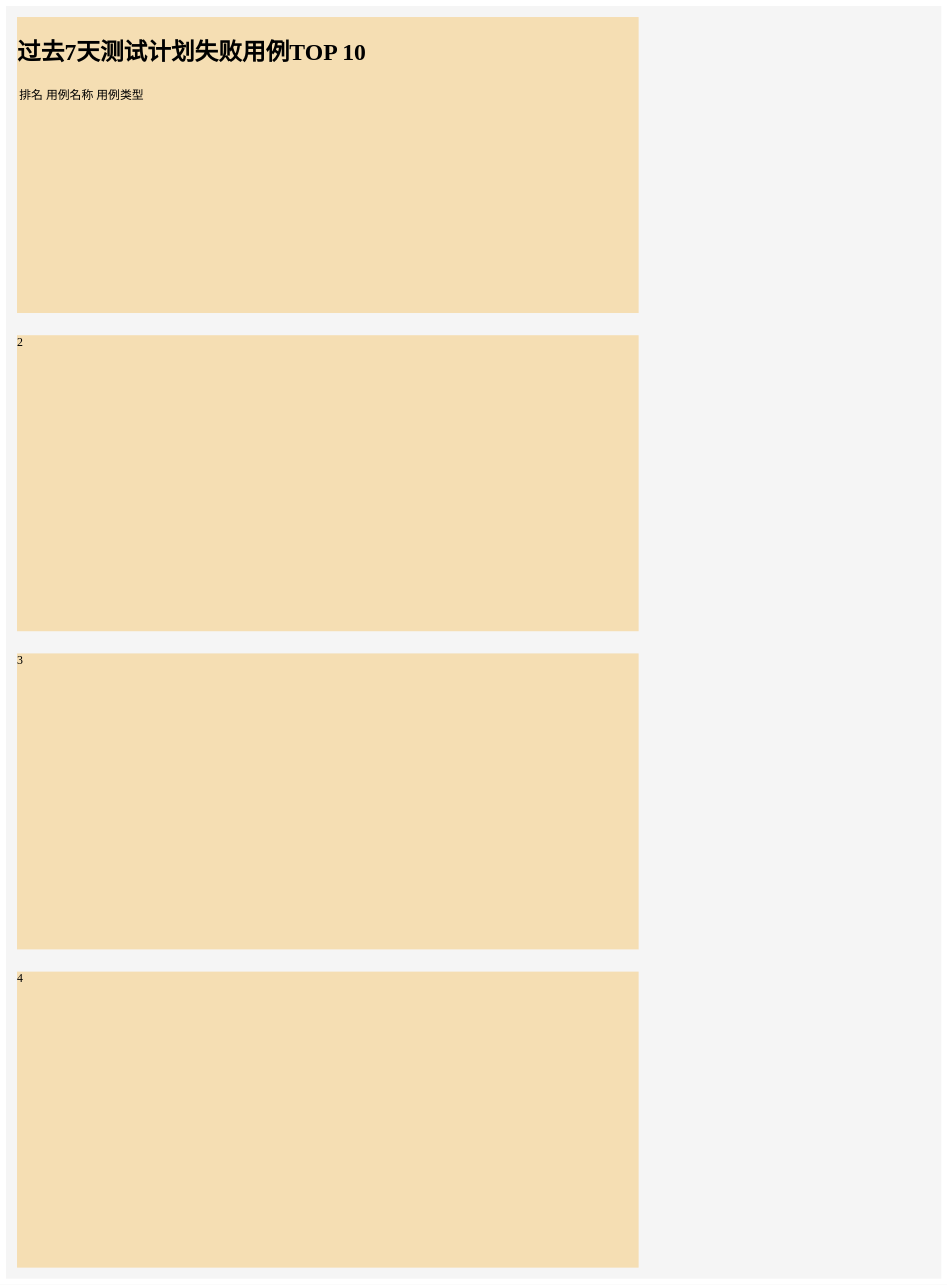
Repository: yuquan1006/-
Page: 02_css/test2.html
The author's editor kept a copy of each file at every save. The page is drawn from the files as they stood at one save, then again after a run of saves.
The browser window is 1280 px wide. The pictures show the whole page, at 74% of full size.

Above is the page before, as saved 2023-07-04 15:34:54.

### 02_css/test2.html
<!DOCTYPE html>
<html lang="en">
<head>
    <meta charset="UTF-8">
    <meta name="viewport" content="width=device-width, initial-scale=1.0">
    <title>Document</title>
    <!--


     -->
    <style>

        .parent{
            display: flex;
            justify-content: flex-start ;
            flex-flow: row wrap;
            background-color: whitesmoke;
        }
        .child{
            width: 840px;
            height: 400px;
            margin: 15px;
            background-color: wheat;
        }
    </style>
</head>
<body>
    <div class="parent">
        <div class="child">
            <h1>过去7天测试计划失败用例TOP 10</h1>
            <table>
                <tbody>
                    <tr>
                        <td>排名</td>
                        <td>用例名称</td>
                        <td>用例类型</td>
                        <td></td>
                    </tr>
                </tbody>
            </table>
        </div>
        <div class="child">2</div>
        <div class="child">3</div>
        <div class="child">4</div>
    </div>

</body>
</html>

After the next 2 saves:
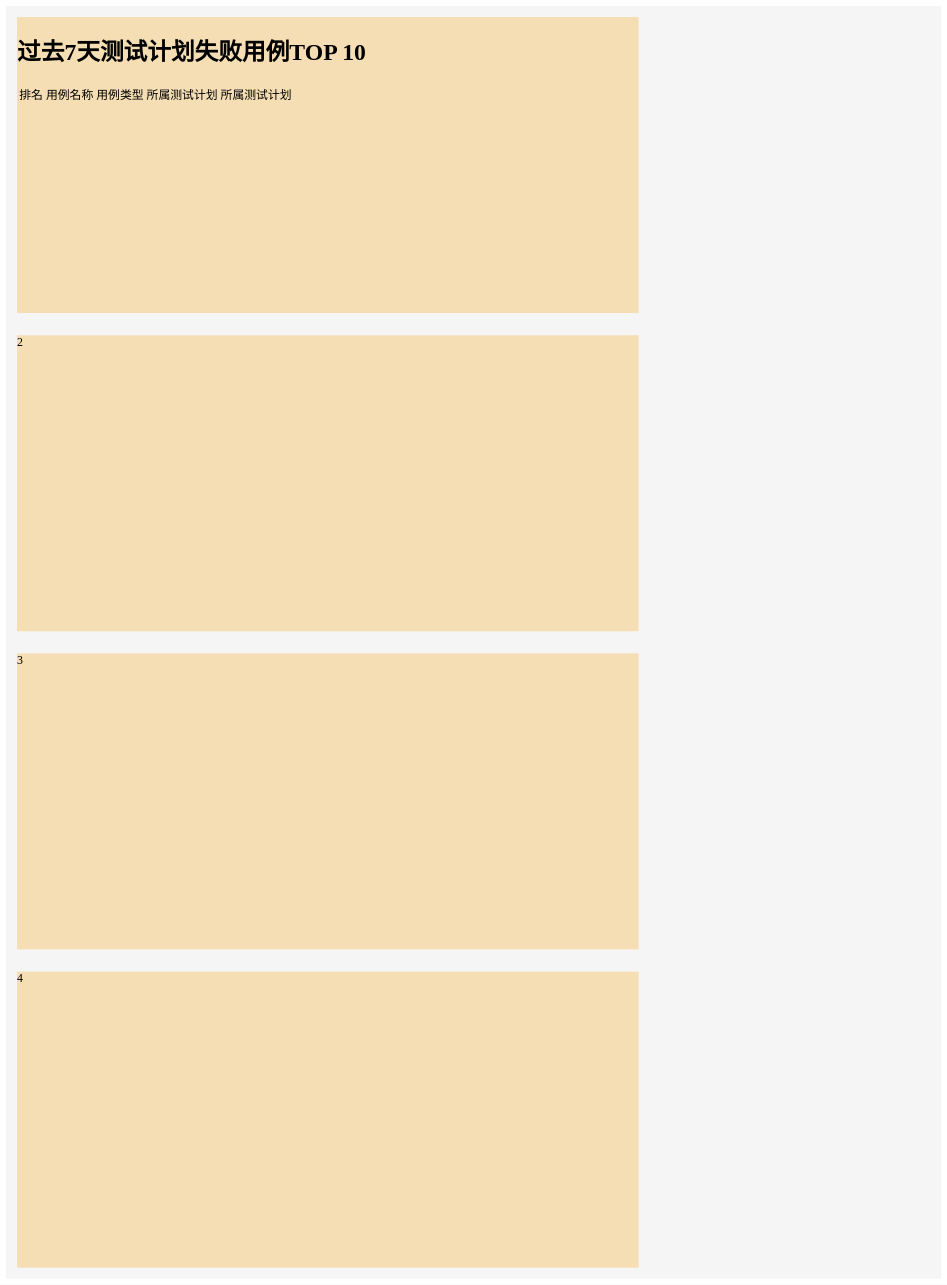
The 2 saves are shown as one change because they came seconds apart.
The last was saved 15 s later.
--- a/02_css/test2.html
+++ b/02_css/test2.html
@@ -34,7 +34,8 @@
                         <td>排名</td>
                         <td>用例名称</td>
                         <td>用例类型</td>
-                        <td></td>
+                        <td>所属测试计划</td>
+                        <td>所属测试计划</td>
                     </tr>
                 </tbody>
             </table>
